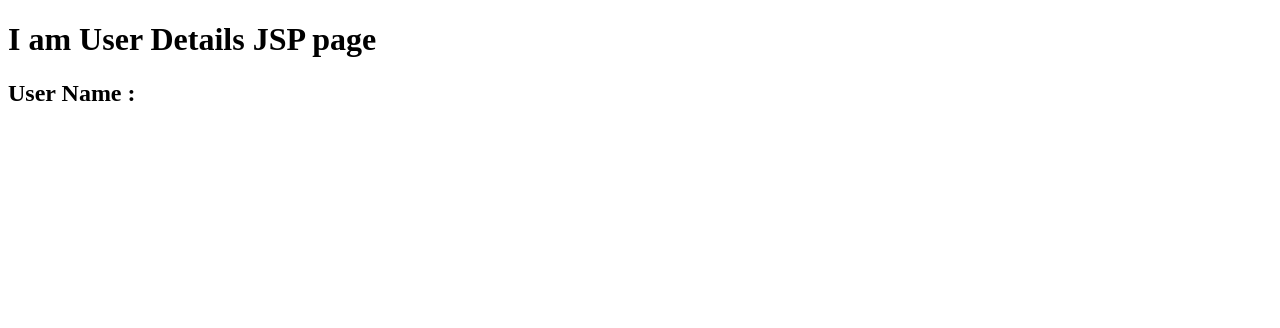
Repository: Nitin-Kalshetty/Training_Java
Page: http://localhost/first_jsp/control.do
These files come from the project's save history. The page is drawn as it stood at one moment and after the next save; the edit follows.
The browser window is 1280 px wide. The pictures show the whole page.
The page is served by Tomcat 9.

Above is the page before, as saved 2023-05-26 09:49:06.

After the next save:
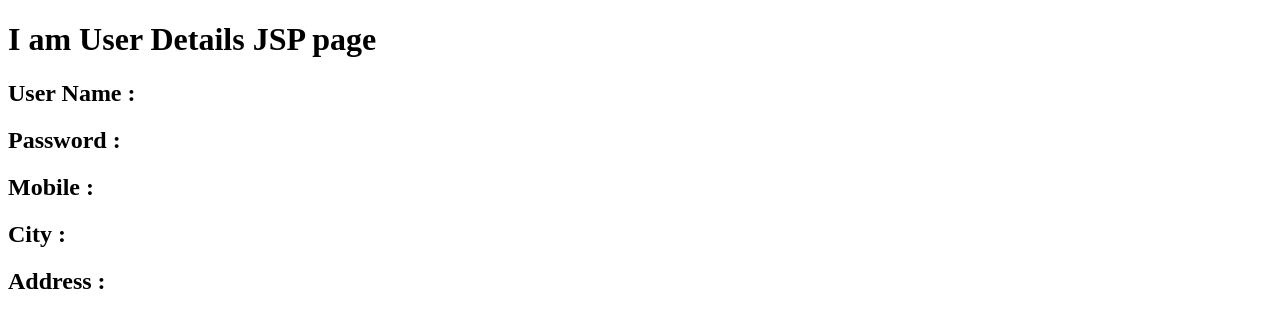
Saved 95 s later.
--- a/first_jsp/src/main/webapp/userdetails.jsp
+++ b/first_jsp/src/main/webapp/userdetails.jsp
@@ -9,6 +9,10 @@
 <body>
 	<h1>I am User Details JSP page</h1>
 	<h2>User Name :  ${requestScope.username}   </h2>
+	<h2>Password :  ${requestScope.password}   </h2>
+	<h2>Mobile :  ${requestScope.mobile}   </h2>
+	<h2>City :  ${requestScope.city}   </h2>
+	<h2>Address :  ${requestScope.address}   </h2>
 
 </body>
 </html>
